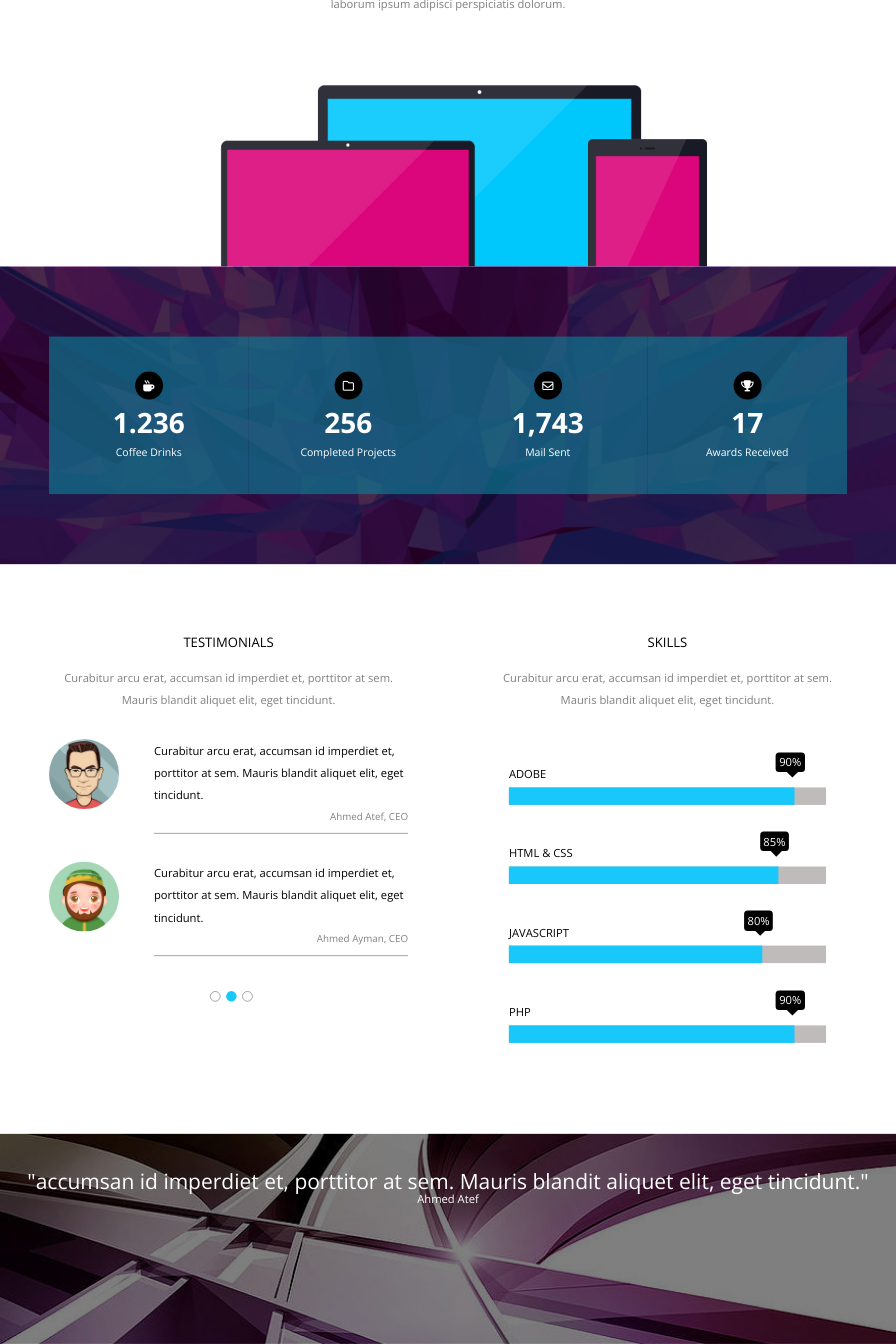
Repository: Ahmed123rezk123/Template_2
Page: index.html
These files come from the project's save history. The page is drawn as it stood at one moment and after the next save; the edit follows.
The browser window is 1280 px wide. The pictures show the part of the page from y = 4247 to 6167 px (the page is 6167 px tall), at 70% of full size.
A picture or video elsewhere on the page could not be fetched, so the positions and the page height are approximate. Some web fonts or font styles are not loaded; a fallback is used.

Above is the page before, as saved 2024-04-15 19:29:15.

After the next save:
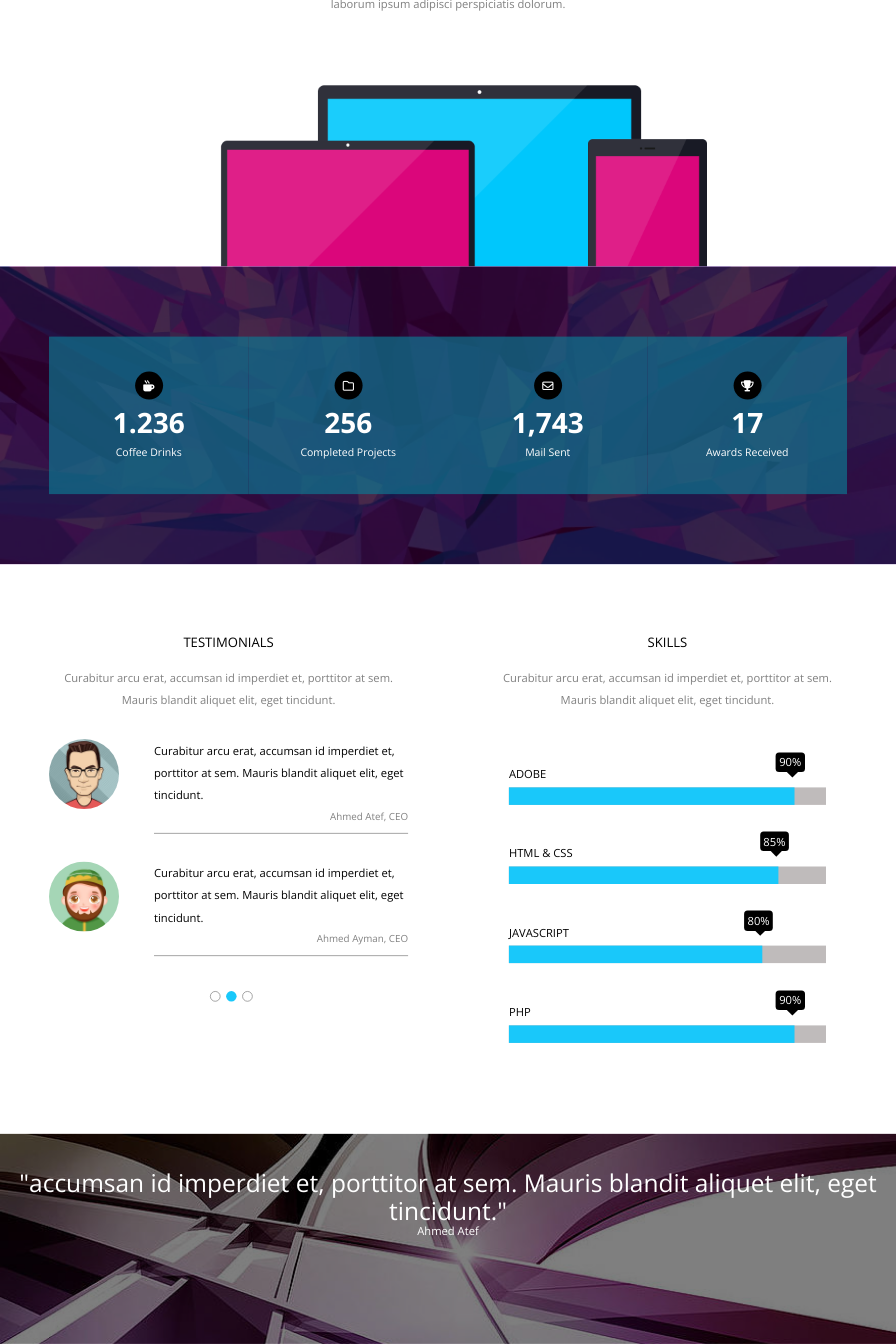
Saved 6 s later.
--- a/css/kasper.css
+++ b/css/kasper.css
@@ -811,6 +811,6 @@ color: white;
 margin: 50px auto;
 }
 .quote .container .content p {
-    font-size: 30px;
+    font-size: 35px;
 }
 /* End Quote */
